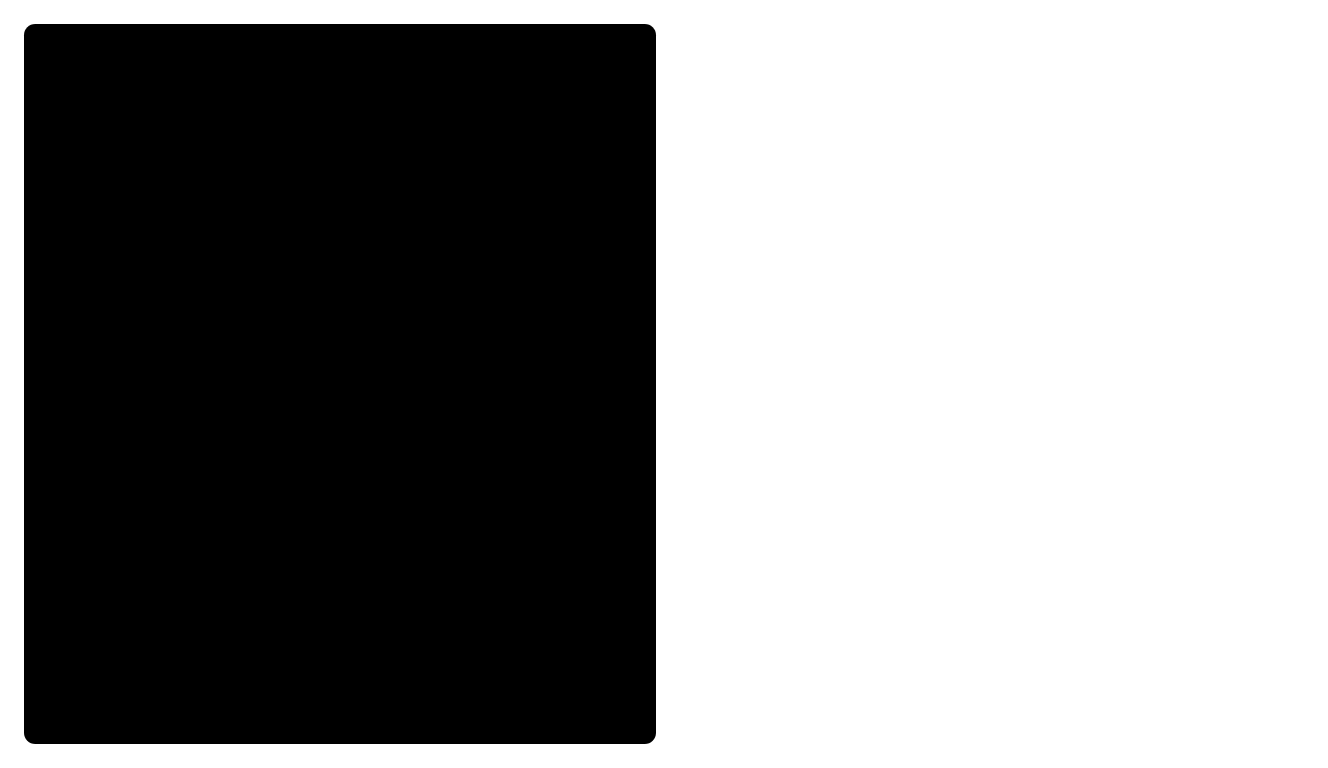
Repository: swarnabha-dutta/ai-code-reviewer
Page: / (app in frontend/)
The author's editor kept a copy of each file at every save. The page is drawn from the files as they stood at one save, then again after the next save.
The browser window is 1280 px wide. The page is 1328 px wide, then 1280 px, so the pictures cover 1328 px, including what lies to the right of the window. The pictures show the whole page.
The project was rebuilt for these pictures with package versions that can differ from the ones it lists, and the page was loaded fresh each time. Also part of the build but not shown: frontend/vite.config.js.

Above is the page before, as saved 2025-06-07 08:31:46.

After the next save:
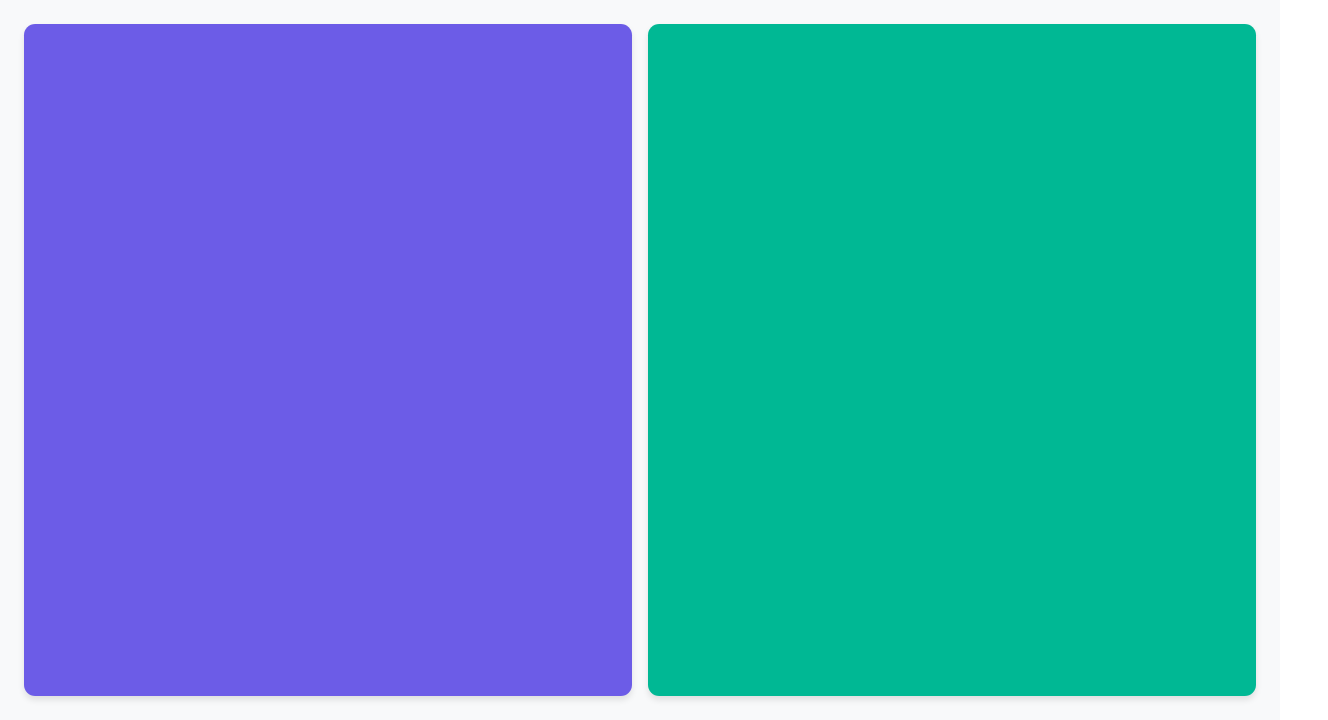
Saved 2 min 12 s later.
--- a/frontend/src/App.css
+++ b/frontend/src/App.css
@@ -1,7 +1,7 @@
 * {
-  margin: 0%;
-  padding: 0%;
-  box-sizing: border-boc;
+  margin: 0;
+  padding: 0;
+  box-sizing: border-box;
 }
 
 html,
@@ -17,6 +17,7 @@ main {
   padding: 1.5rem;
   display: flex;
   gap: 1rem;
+  background-color: #f8f9fa; /* Light background for contrast */
 }
 
 main .left,
@@ -24,8 +25,25 @@ main .right {
   height: 100%;
   flex-basis: 50%;
   border-radius: 0.7rem;
+  box-shadow: 0 4px 6px rgba(0, 0, 0, 0.1); /* Subtle shadow for depth */
 }
 
 main .left {
-  background-color: #000;
+  background-color: #6c5ce7; /* Vibrant purple */
+  color: white; /* White text for contrast */
+  display: flex;
+  align-items: center;
+  justify-content: center;
+  font-size: 1.5rem;
+  font-weight: bold;
 }
+
+main .right {
+  background-color: #00b894; /* Fresh green */
+  color: white; /* White text for contrast */
+  display: flex;
+  align-items: center;
+  justify-content: center;
+  font-size: 1.5rem;
+  font-weight: bold;
+}
